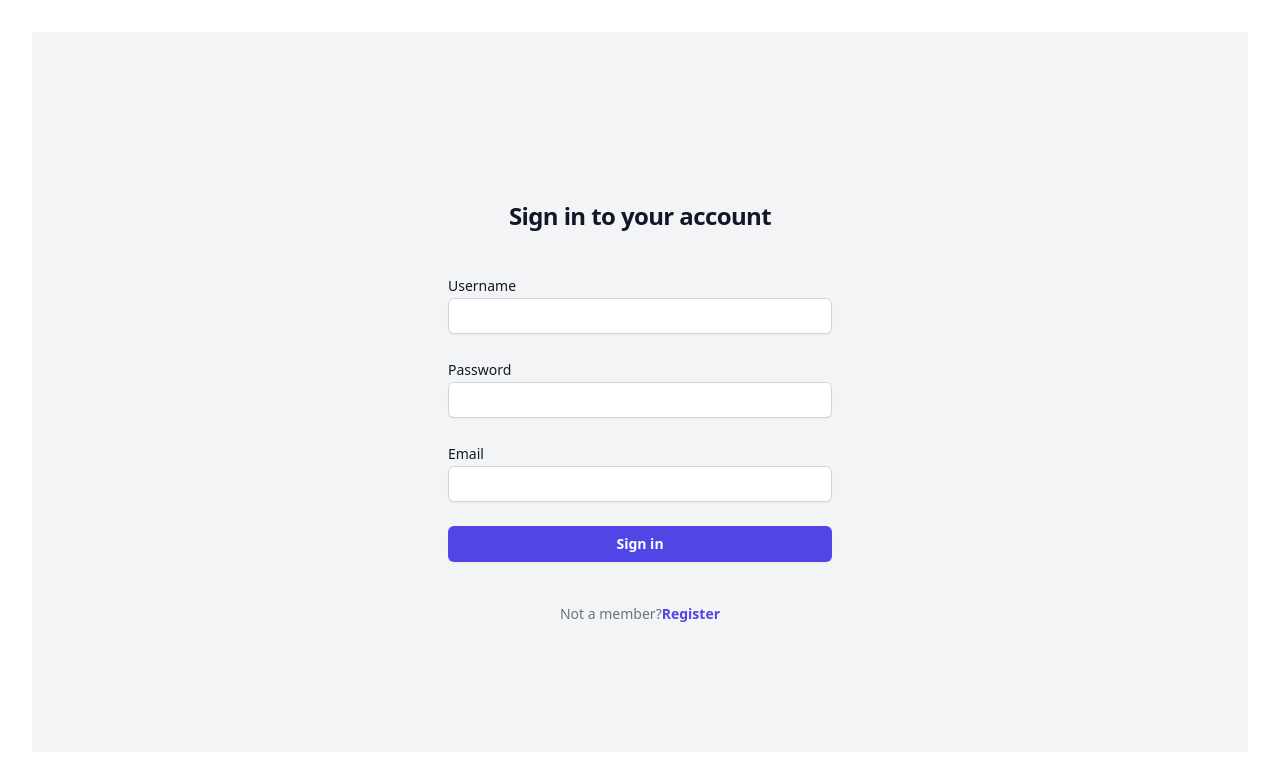
Repository: Wafaabahgat/Formik_React
Page: /
These files come from the project's save history. The page is drawn as it stood at one moment and after the next save; the edit follows.
The browser window is 1280 px wide. The pictures show the whole page.
The project was rebuilt for these pictures with package versions that can differ from the ones it lists, and the page was loaded fresh each time. Also part of the build but not shown: vite.config.ts.

Above is the page before, as saved 2024-02-13 21:21:00.

After the next save:
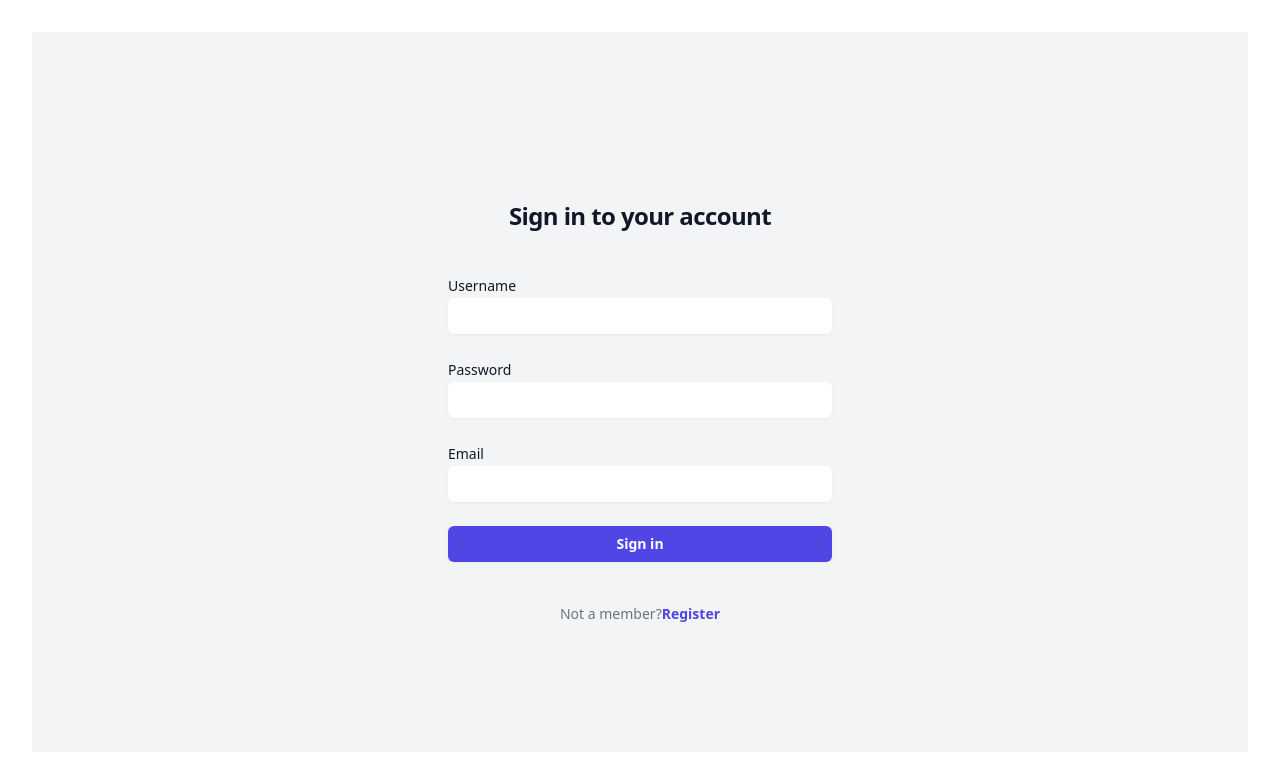
Saved 10 s later.
--- a/src/components/form.jsx
+++ b/src/components/form.jsx
@@ -16,7 +16,7 @@
           onChange={onChange}
           onBlur={onBlur}
           required
-          className="block w-full rounded-md border-0 py-1.5 px-1 text-gray-900 shadow-sm ring-1 ring-inset ring-gray-300   sm:text-sm sm:leading-6"
+          className="block w-full rounded-md border-0 py-1.5 px-1 text-gray-900 shadow-sm    sm:text-sm sm:leading-6"
         />
         {children}
       </div>

After the save that followed:
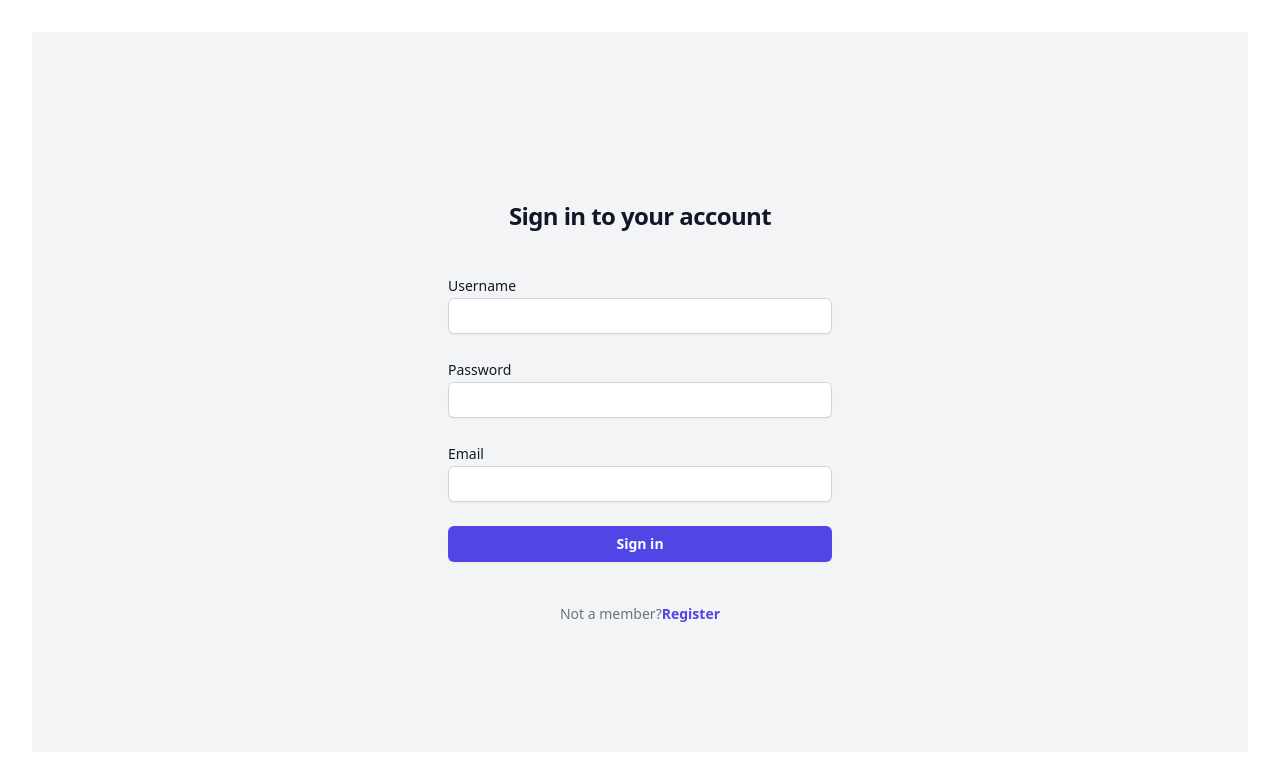
Saved 8 s later.
--- a/src/components/form.jsx
+++ b/src/components/form.jsx
@@ -16,7 +16,7 @@
           onChange={onChange}
           onBlur={onBlur}
           required
-          className="block w-full rounded-md border-0 py-1.5 px-1 text-gray-900 shadow-sm    sm:text-sm sm:leading-6"
+          className="block w-full rounded-md border-0 py-1.5 px-1 text-gray-900 shadow-sm ring-1 ring-inset ring-gray-300   sm:text-sm sm:leading-6"
         />
         {children}
       </div>
